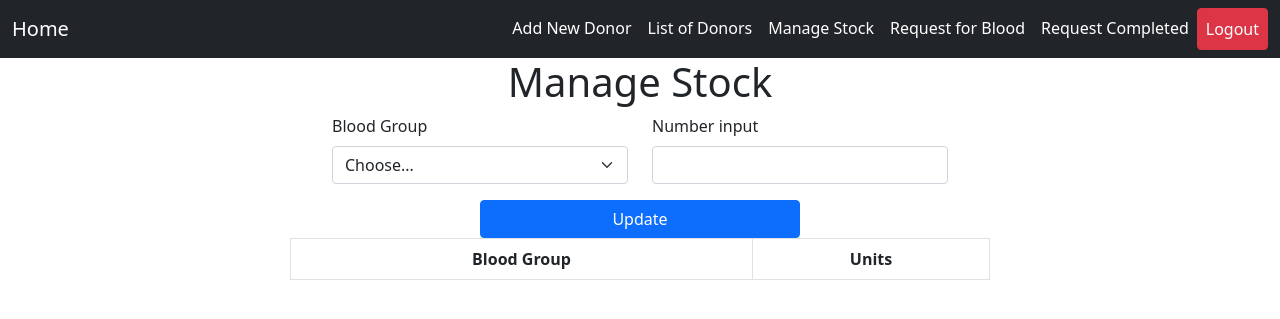
Repository: kshitizJ/Blood-Bank-Management-System-in-jsp
Page: http://localhost/Blood_Bank_Management_System/manageStock.jsp
An editor plug-in stored every save of this project. The page is shown before and after the next save, followed by the edit.
The browser window is 1280 px wide. The pictures show the whole page.
The page is served by Tomcat 9. Queries for data that is not in the repository find no rows.

Above is the page before, as saved 2021-04-28 13:29:17.

After the next save:
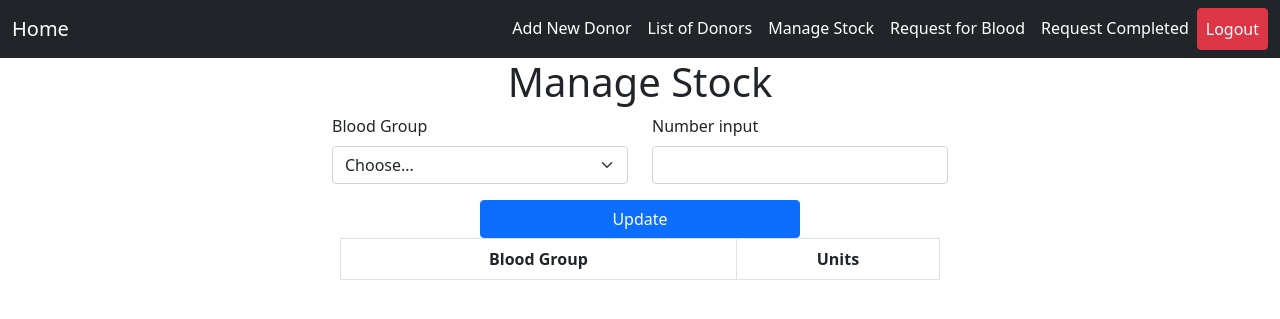
Saved 12 s later.
--- a/Blood Bank Management System/WebContent/manageStock.jsp
+++ b/Blood Bank Management System/WebContent/manageStock.jsp
@@ -7,7 +7,7 @@
 <head>
 	<style>
 		.size{
-			width: 700px;
+			width: 600px;
 		}
 	</style>
 </head>
